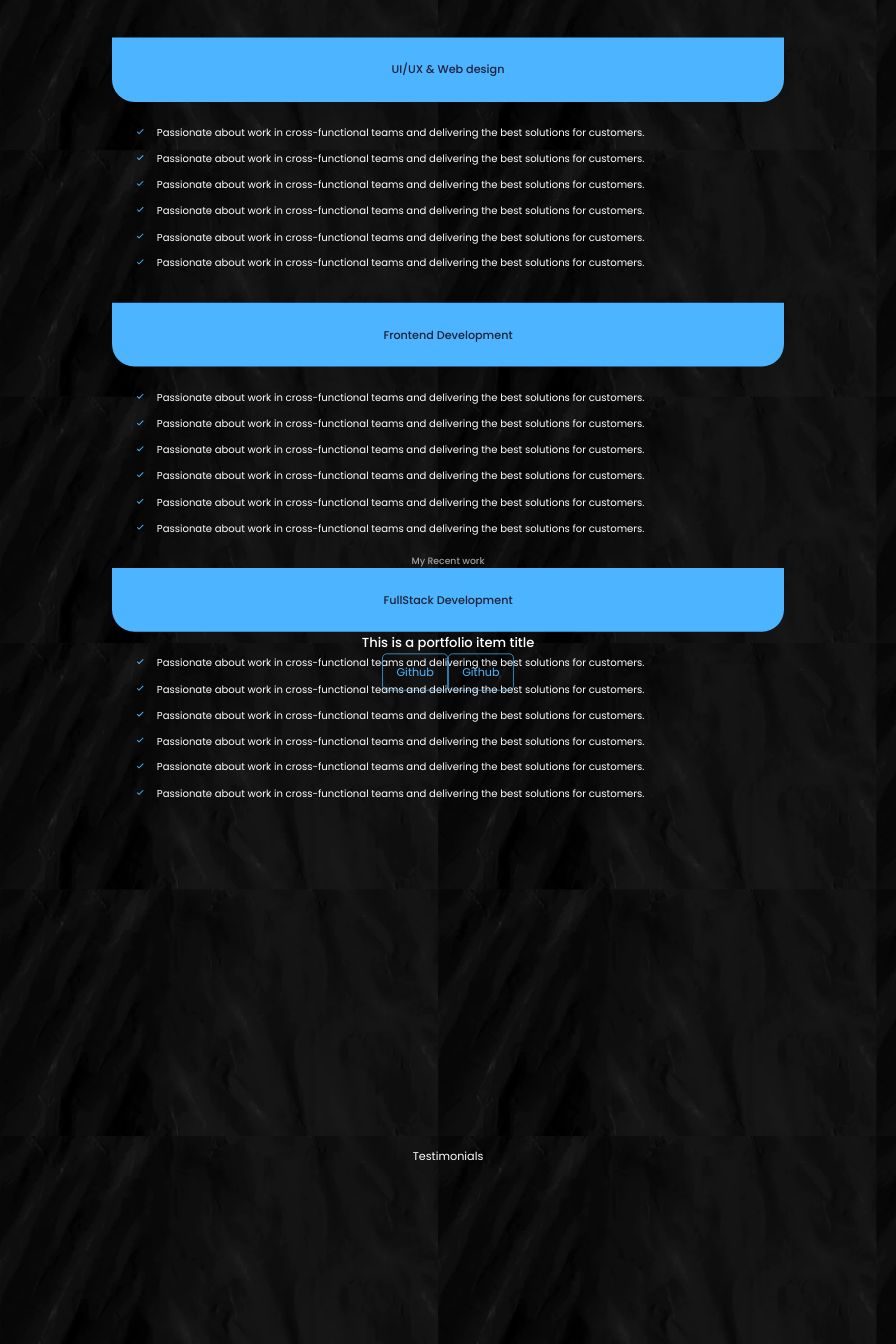
Repository: mayuri2018/Mr_react_portfolio
Page: /
These files come from the project's save history. The page is drawn as it stood at one moment and after the next save; the edit follows.
The browser window is 1280 px wide. The pictures show the part of the page from y = 2601 to 4521 px (the page is 5835 px tall), at 70% of full size.
The project was rebuilt for these pictures with package versions that can differ from the ones it lists, and the page was loaded fresh each time. Also part of the build but not shown: src/components/portfolio/portfolio.css, src/components/testimonials/testimonials.css, src/components/contact/contact.css, src/components/footer/footer.css.

Above is the page before, as saved 2023-01-26 12:07:55.

After the next save:
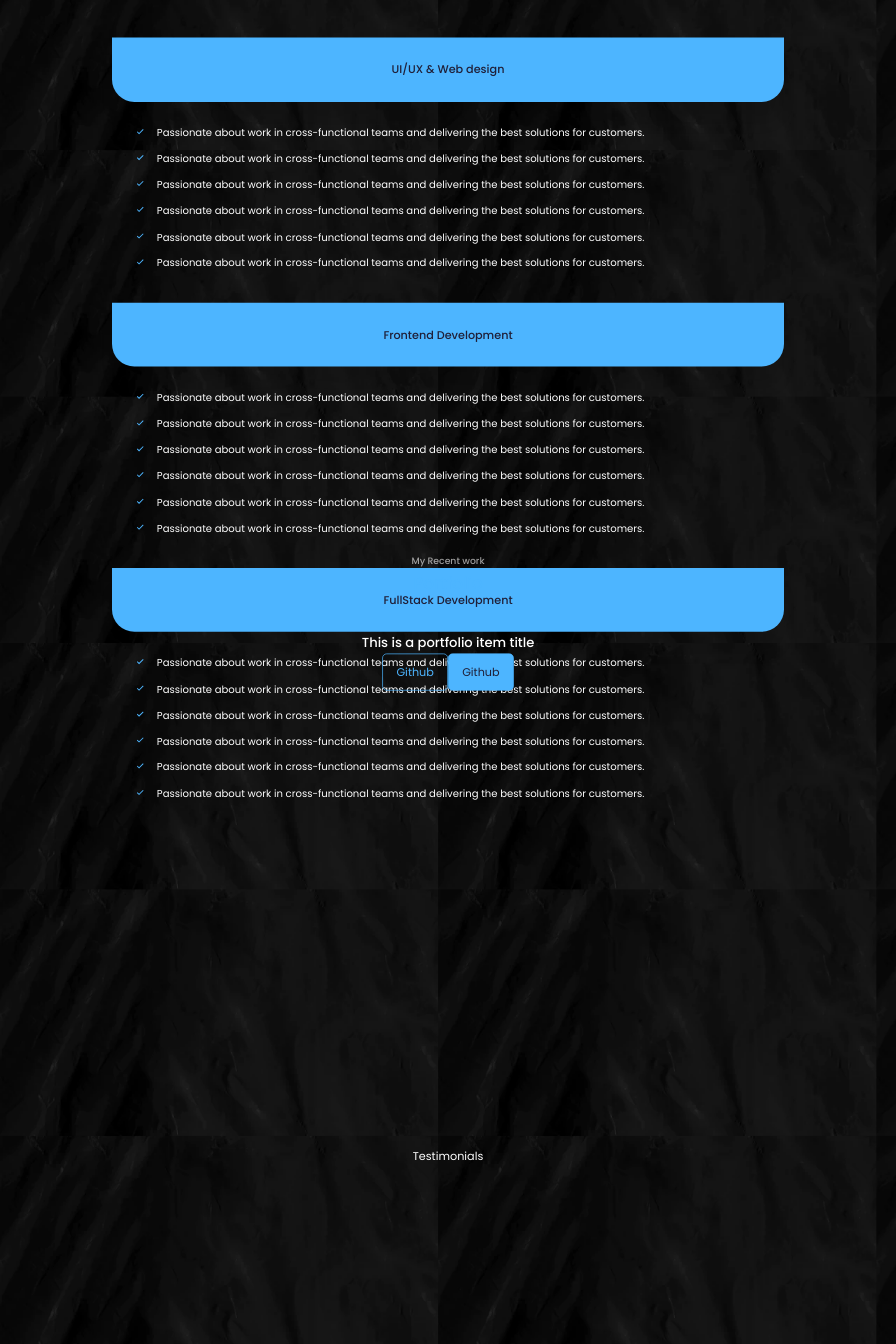
Saved 2 min 27 s later.
--- a/src/components/portfolio/Portfolio.jsx
+++ b/src/components/portfolio/Portfolio.jsx
@@ -8,10 +8,12 @@ export default function Portfolio(){
             <h2>Portfolio</h2>
             <div className="container portfolio_container">
                 <article className="portfolio_item">
-                    <div className="portfolio_item-image"></div>
+                    <div className="portfolio_item-image">
+
+                    </div>
                     <h3>This is a portfolio item title</h3>
-                    <a href="https://github.com" className="btn">Github</a>
-                    <a href="https://github.com" className="btn">Github</a>
+                    <a href="https://github.com" className="btn" target="_blank">Github</a>
+                    <a href="https://dribble.com/Alien_pixels" className="btn btn-primary" target="_blank">Github</a>
                 </article>
             </div>
         </section>
